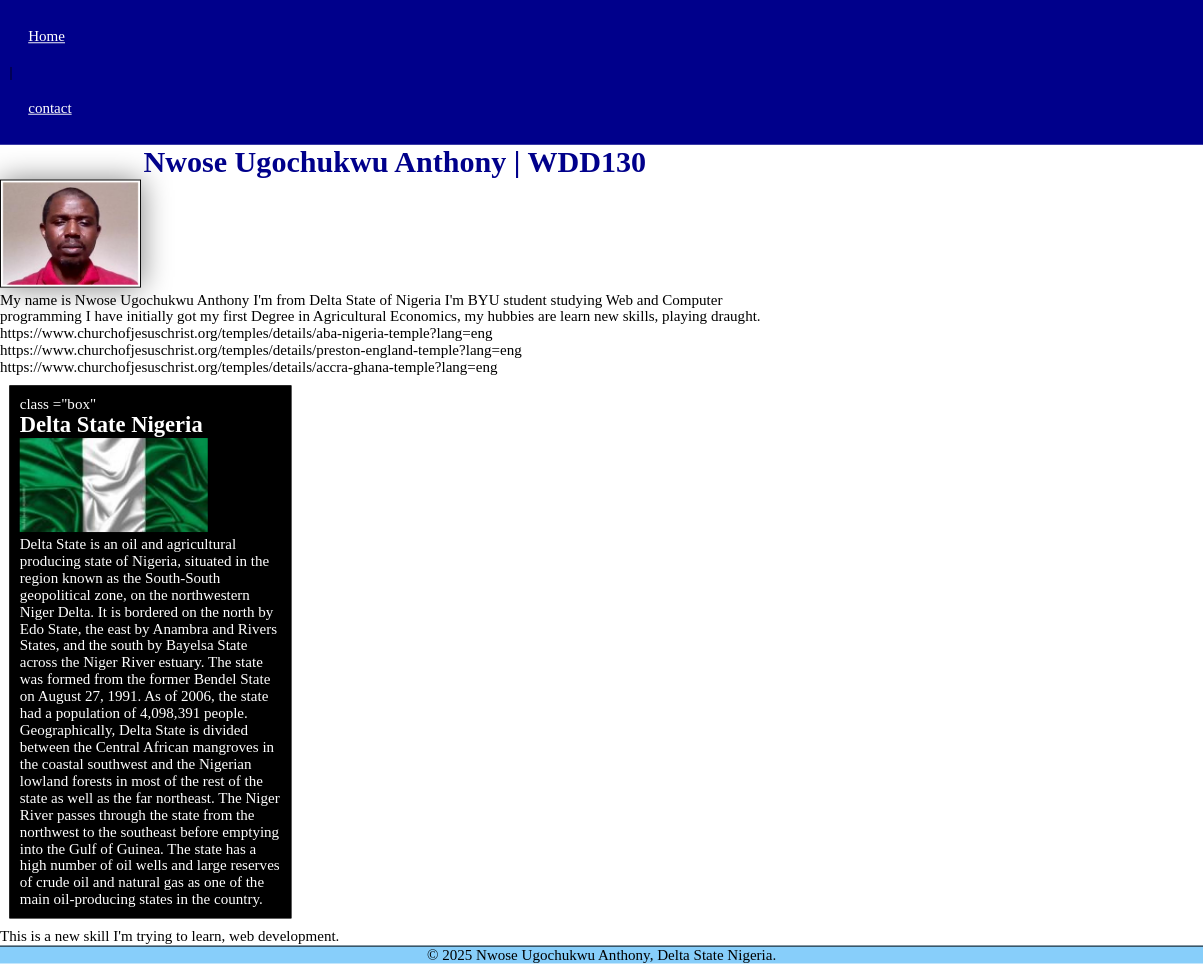
Repository: NoblesNigeria/wdd130
Page: index.html
The author's editor kept a copy of each file at every save. The page is drawn from the files as they stood at one save, then again after the next save.
The browser window is 1280 px wide. The pictures show the whole page, at 94% of full size.

Above is the page before, as saved 2025-09-13 17:12:24.

### index.html
<!DOCTYPE html>
<html lang="en">

<head>
    <meta charset="UTF-8">
    <meta name="viewport" content="width=device-width, initial-scale=1.0">
    <title>Nwose Ugochukwu Anthony| WDD130</title>
    <meta name="description" content="This is my personal webpage">
    <meta name="author" content="Nwose Ugochukwu Anthony">
    <link rel="stylesheet" href="styles/styles.css">
</head>

<body>
    <header>
        <nav>
            <a href="#">Home</a> |
            <a href="#">contact</a>
        </nav>
    </header>
    <main>
        <h1>Nwose Ugochukwu Anthony | WDD130</h1>
        <img src="images/profile.jpg" alt="Nwose Anthony" width="200">
        <p>My name is Nwose Ugochukwu Anthony I'm from Delta State of Nigeria I'm BYU student studying Web and Computer
            programming I have initially got my first Degree in Agricultural Economics, my hubbies are learn new skills,
            playing draught.
        </p>
        <ul>
            <li>https://www.churchofjesuschrist.org/temples/details/aba-nigeria-temple?lang=eng</li>
            <li>https://www.churchofjesuschrist.org/temples/details/preston-england-temple?lang=eng</li>
            <li>https://www.churchofjesuschrist.org/temples/details/accra-ghana-temple?lang=eng</li>
        </ul>
    </main>
    <aside> class ="box"
        <h2>Delta State Nigeria</h2>
        <img src="images/nigeria-flag.jpg" alt="Delta State Nigeria" width="200">
        <p>Delta State is an oil and agricultural producing state of Nigeria, situated in the region known as the
            South-South geopolitical zone, on the northwestern Niger Delta. It is bordered on the north by Edo State,
            the east by Anambra and Rivers States, and the south by Bayelsa State across the Niger River estuary. The
            state was formed from the former Bendel State on August 27, 1991. As of 2006, the state had a population of
            4,098,391 people. Geographically, Delta State is divided between the Central African mangroves in the
            coastal southwest and the Nigerian lowland forests in most of the rest of the state as well as the far
            northeast. The Niger River passes through the state from the northwest to the southeast before emptying
            into the Gulf of Guinea. The state has a high number of oil wells and large reserves of crude oil and
            natural gas as one of the main oil-producing states in the country.
        </p>
    </aside>
    This is a new skill I'm trying to learn, web development.
    <footer>
        <p>&copy; 2025 Nwose Ugochukwu Anthony, Delta State Nigeria.</p>
    </footer>

</body>

</html>

### styles/styles.css
* {
    margin: 0;
    padding: 0;
    box-sizing: border-box;
}
nav {
    background-color: darkblue;
    padding: 10px;
}
nav a {
    color: white;
    display: block;
    padding: 20px;
}
h1 {
    color: darkblue;
    text-align: center;
}
main {
    max-width: 840px;
}
main img {
    width: 150px;
    height: auto;
    border: 1px solid black;
    padding: 2px;
    box-shadow: 0 0 30px gray;
}
aside{
    width: 300px;
    margin: 10px;
    border: 1px solid black;
    padding: 10px;
    background-color: black;
    color:white
}
aside img {
    width: 200px;
    height: auto;
}
p {
    padding: 0;
}
footer {
    text-align: center;
    margin-top: 1px;
    border-top: 1px solid black;
    background-color: lightskyblue;
}
/* class selector */
.box {
  margin: 1rem;
  border: 1px solid rgb(0 0 0 / 10%);
  padding: 1rem;
  background-color: #ddd;
  color: #000;
}

After the next save:
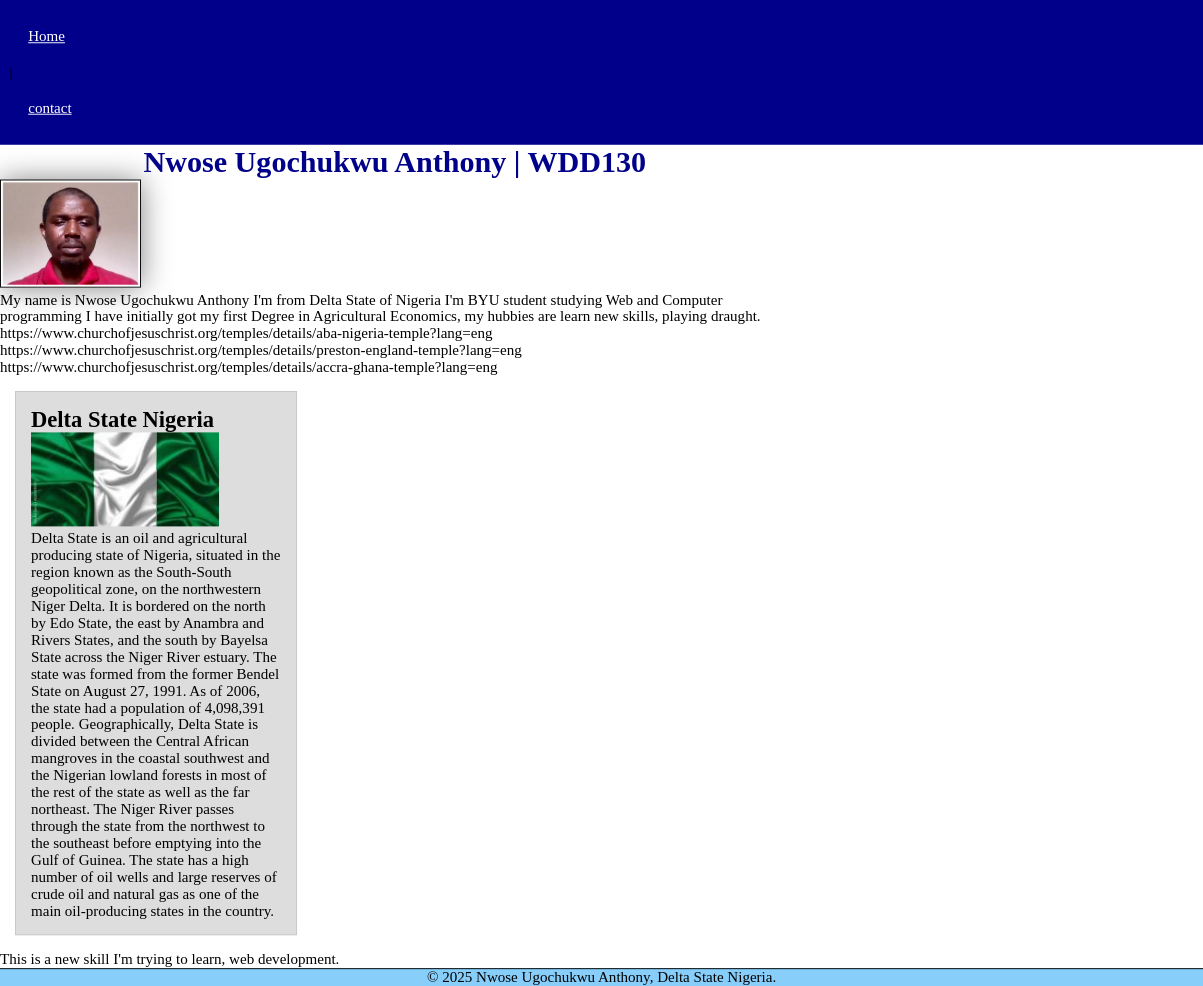
Saved 111 s later.
--- a/index.html
+++ b/index.html
@@ -30,7 +30,7 @@
             <li>https://www.churchofjesuschrist.org/temples/details/accra-ghana-temple?lang=eng</li>
         </ul>
     </main>
-    <aside> class ="box"
+    <aside class="box ">
         <h2>Delta State Nigeria</h2>
         <img src="images/nigeria-flag.jpg" alt="Delta State Nigeria" width="200">
         <p>Delta State is an oil and agricultural producing state of Nigeria, situated in the region known as the
